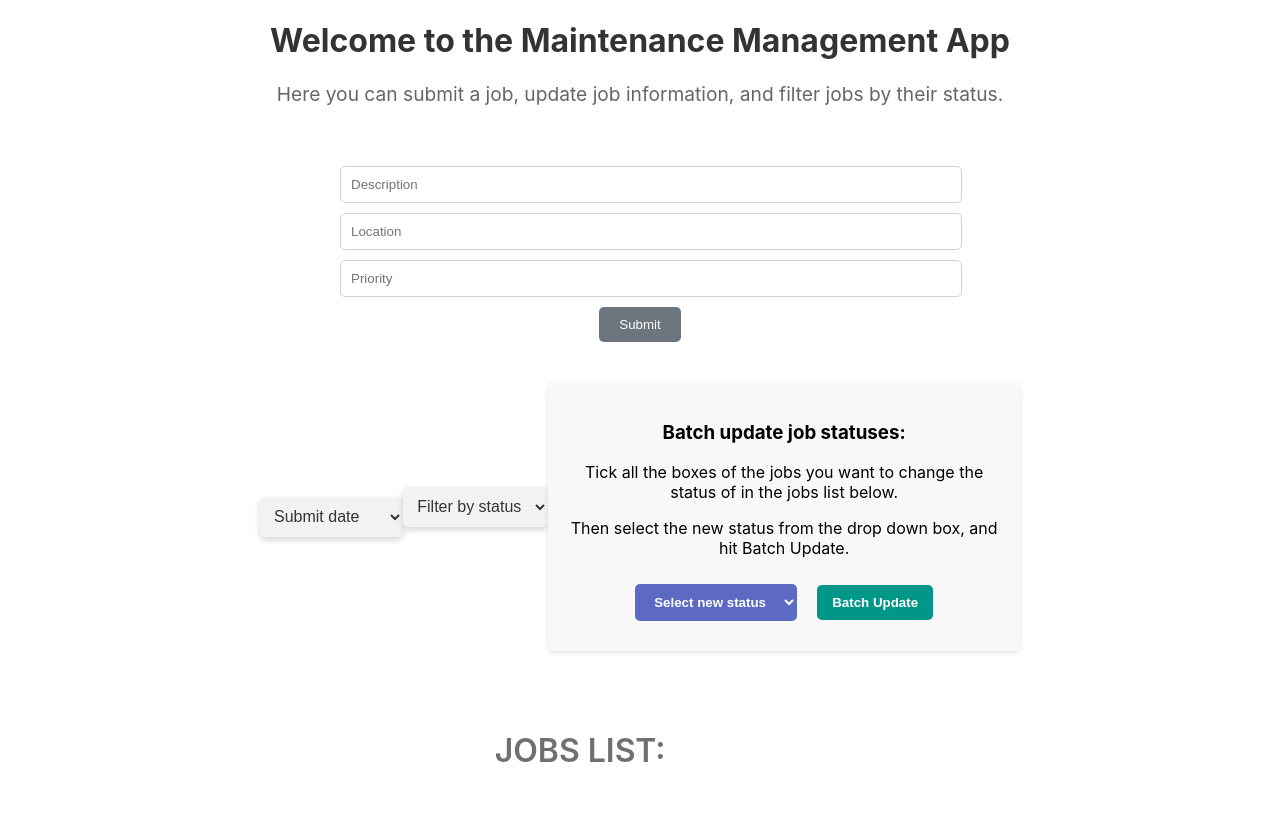
Repository: mikasteyn999/Maintenance-Manager-App
Page: / (app in frontend/)
These files come from the project's save history. The page is drawn as it stood at one moment and after the next save; the edit follows.
The browser window is 1280 px wide. The pictures show the whole page.
The page's requests for data from a server got no answer. The project was rebuilt for these pictures with package versions that can differ from the ones it lists, and the page was loaded fresh each time. No one was signed in, and anything a server would have sent is missing. Also part of the build but not shown: frontend/src/style/Job.css, frontend/src/components/Job.js, frontend/src/style/JobUpdateForm.css, frontend/src/components/JobUpdateForm.js.

Above is the page before, as saved 2023-06-05 17:58:25.

After the next save:
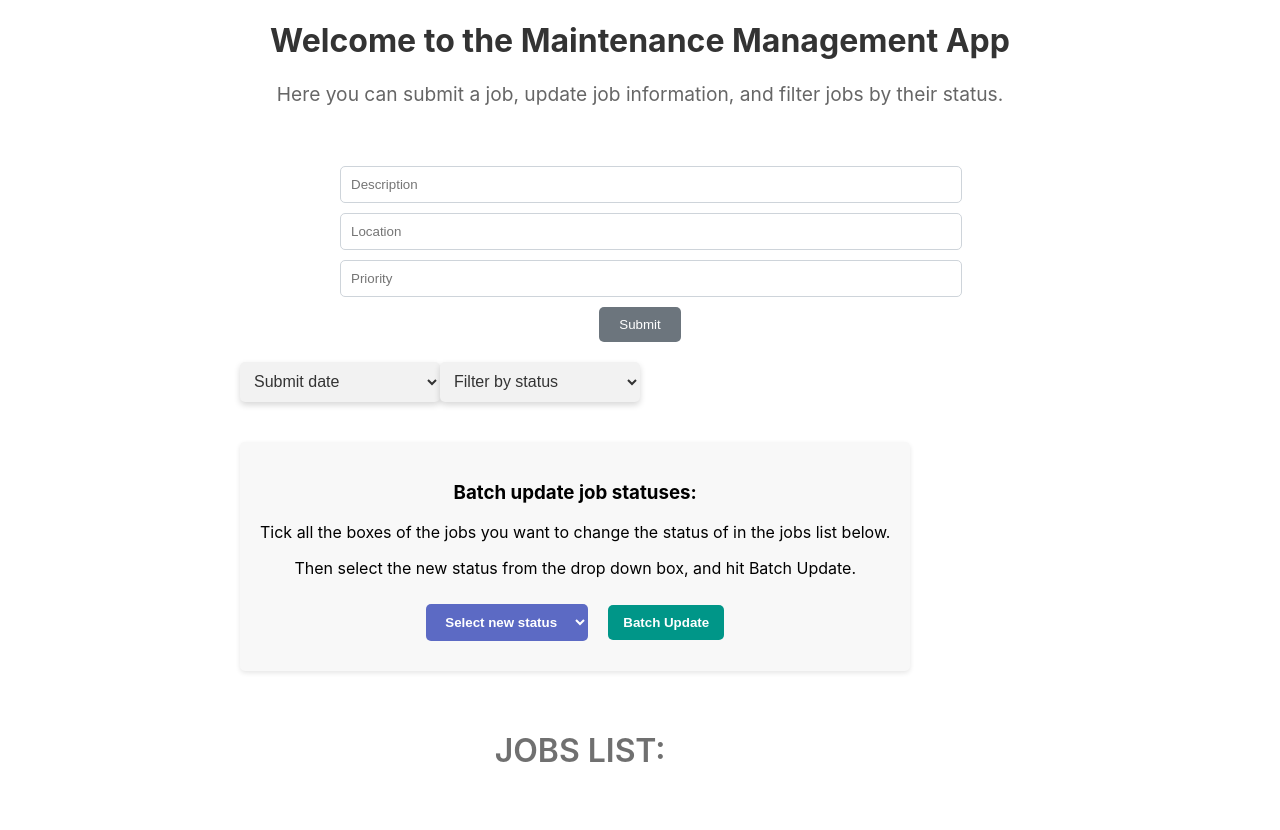
Saved 2 min 27 s later.
--- a/frontend/src/components/JobsList.js
+++ b/frontend/src/components/JobsList.js
@@ -122,7 +122,7 @@ const JobsList = () => {
 
         {/* Add JobForm here */}
         <JobForm addNewJob={addNewJob} />
-      <div className='control-container'>
+      <div className='select-container'>
         {/* Add sort order dropdown */}
         <select className='select-sort' value={sortOrder} onChange={handleSortChange}>
           <option value="">Sort by</option>
@@ -137,6 +137,7 @@ const JobsList = () => {
           <option value="In Progress">In Progress</option>
           <option value="Completed">Completed</option>
         </select>
+      </div>
 
         {/* Batch update */}
         <div className='batch-update'>
@@ -151,7 +152,7 @@ const JobsList = () => {
           </select>
           <button onClick={handleBatchUpdate}>Batch Update</button>
         </div>
-      </div>
+
         {/* Display success message */}
         {batchUpdateMessage && <p className="success-message">{batchUpdateMessage}</p>}
 
